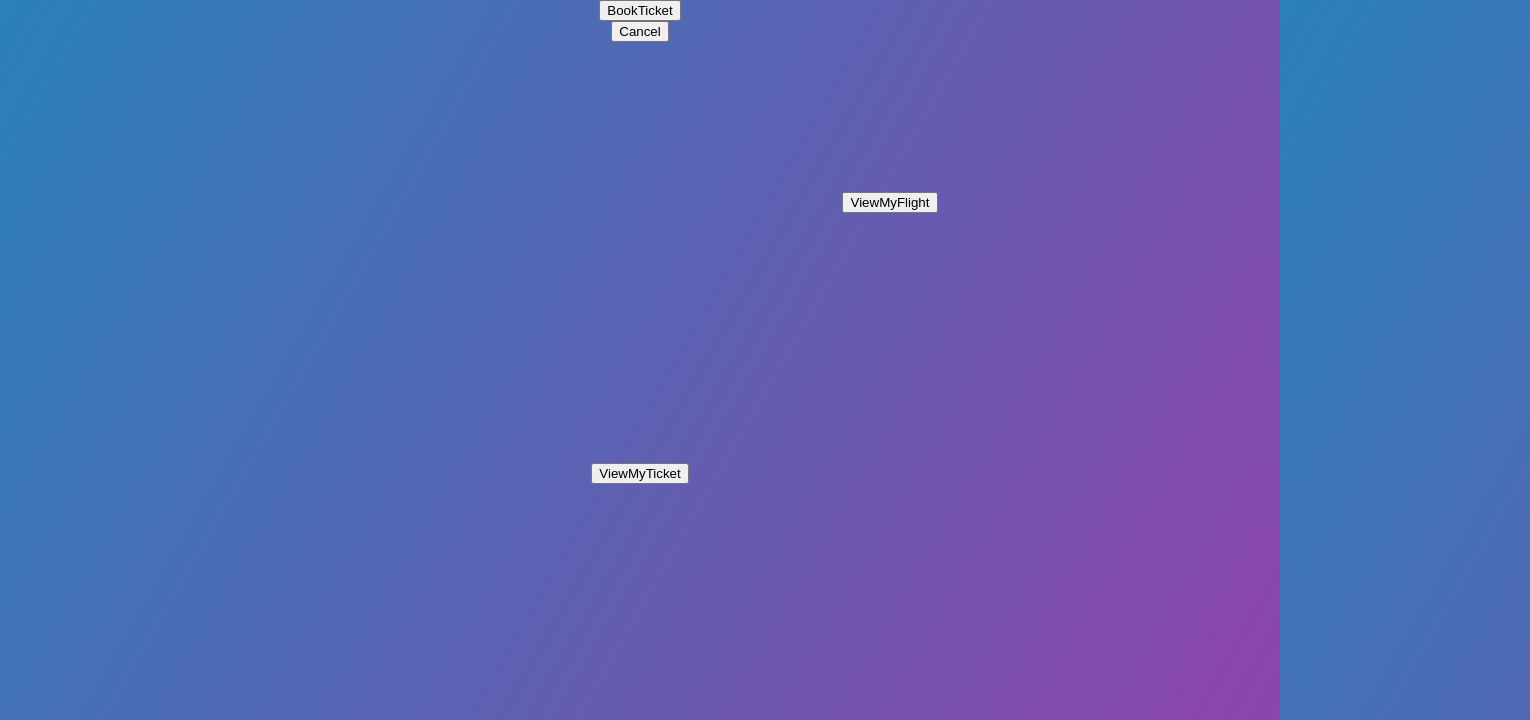
Repository: kalpesh3070/backend2
Page: flyaway/src/main/webapp/main.html
The author's editor kept a copy of each file at every save. The page is drawn from the files as they stood at one save, then again after the next save.
The browser window is 1280 px wide. The page is 1530 px wide, so the pictures cover 1530 px, including what lies to the right of the window. The pictures show the whole page.

Above is the page before, as saved 2022-11-14 16:14:37.

After the next save:
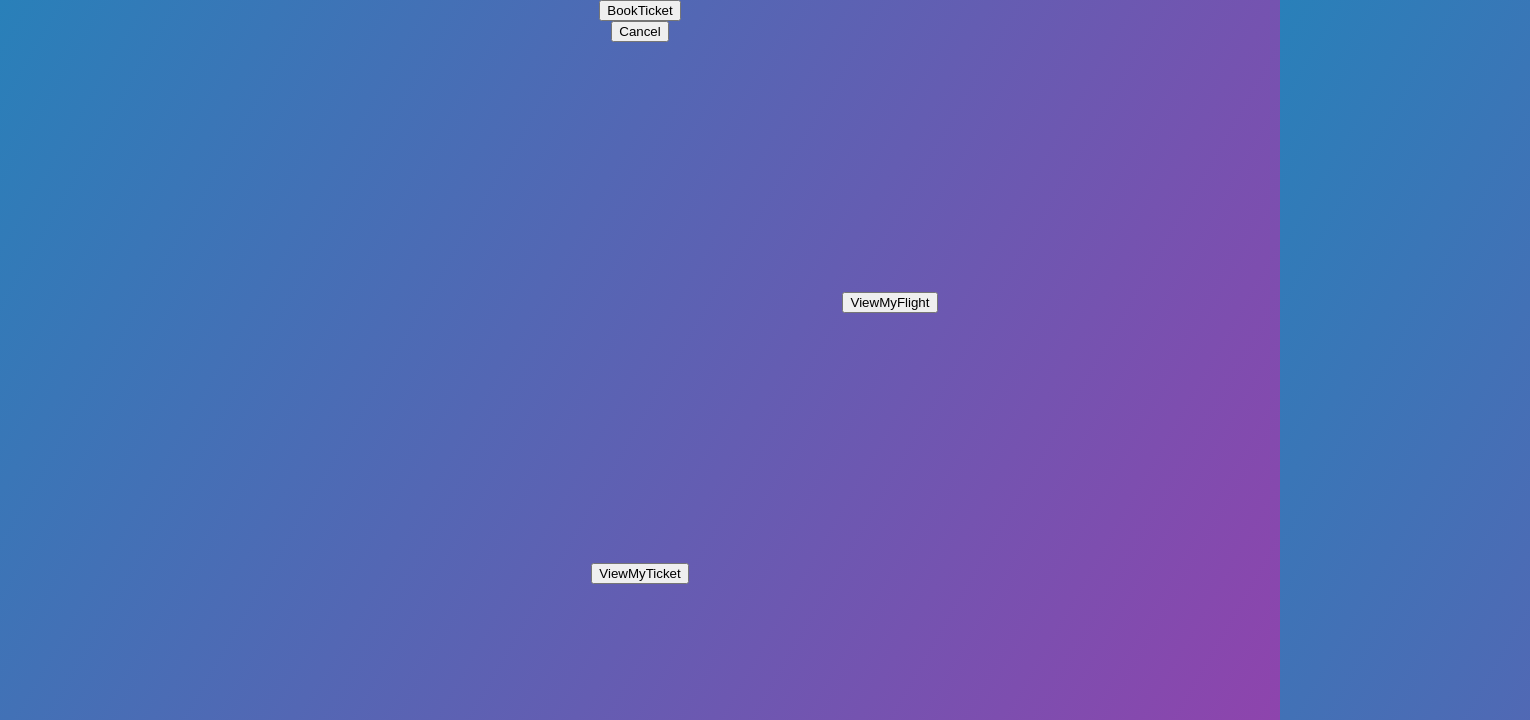
Saved 10 s later.
--- a/flyaway/src/main/webapp/main.css
+++ b/flyaway/src/main/webapp/main.css
@@ -15,6 +15,6 @@ overflow:hidden;
 }
 .view{
 	width : 100%;
-	margin:150px 250px 250px 250px;
+	margin:250px 250px 250px 250px;
 	size: 500px;
 }
